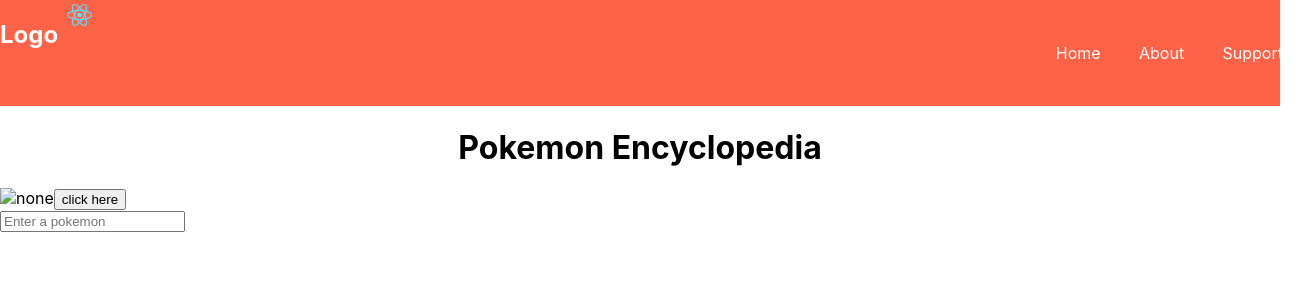
Repository: Gibberlin/pokedex
Page: /
The author's editor kept a copy of each file at every save. The page is drawn from the files as they stood at one save, then again after the next save.
The browser window is 1280 px wide. The page is 1302 px wide, so the pictures cover 1302 px, including what lies to the right of the window. The pictures show the whole page.
The project was rebuilt for these pictures with package versions that can differ from the ones it lists, and the page was loaded fresh each time.

Above is the page before, as saved 2021-09-29 20:47:49.

After the next save:
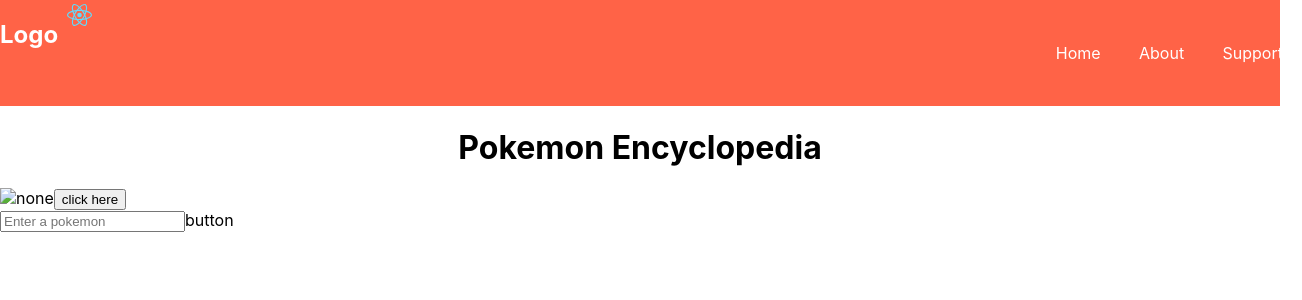
Saved 34 s later.
--- a/src/components/Cards.js
+++ b/src/components/Cards.js
@@ -28,7 +28,8 @@
             <img src={sp} alt="none"/>
             <button onClick={()=>getPoke()}>click here</button>
             <div>
-            <input type="text" onChange={()=>setQuery()} placeholder="Enter a pokemon" />
+            <input type="text" onChange={()=>setQuery(val)} placeholder="Enter a pokemon" />
+            button
             </div>
 
         </div>
